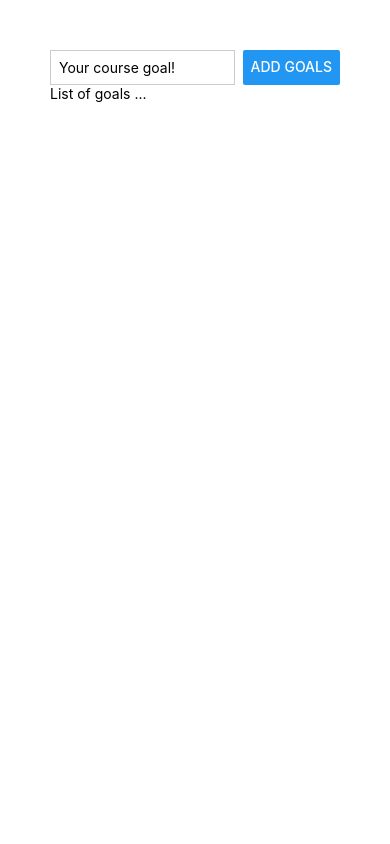
Repository: vanh1604/Todo-List
Screen: /
These files come from the project's save history. The screen is drawn as it stood at one moment and after the next save; the edit follows.
The app was drawn by React Native's web renderer in a window 390 px wide. The project was rebuilt for these pictures with package versions that can differ from the ones it lists, and the page was loaded fresh each time.

Above is the screen before, as saved 2023-06-16 15:22:29.

After the next save:
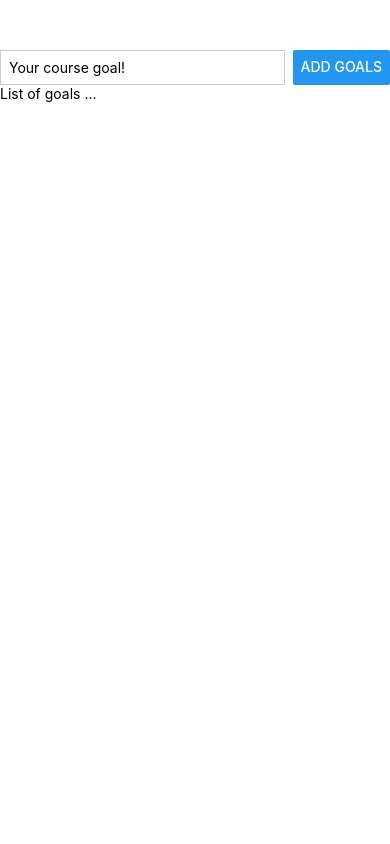
Saved 9 min 15 s later.
--- a/App.js
+++ b/App.js
@@ -19,7 +19,7 @@ export default function App() {
 
 const styles = StyleSheet.create({
   appContainer: {
-    padding: 50,
+    paddingTop: 50,
   },
   inputContainer: {
     flexDirection: "row",
